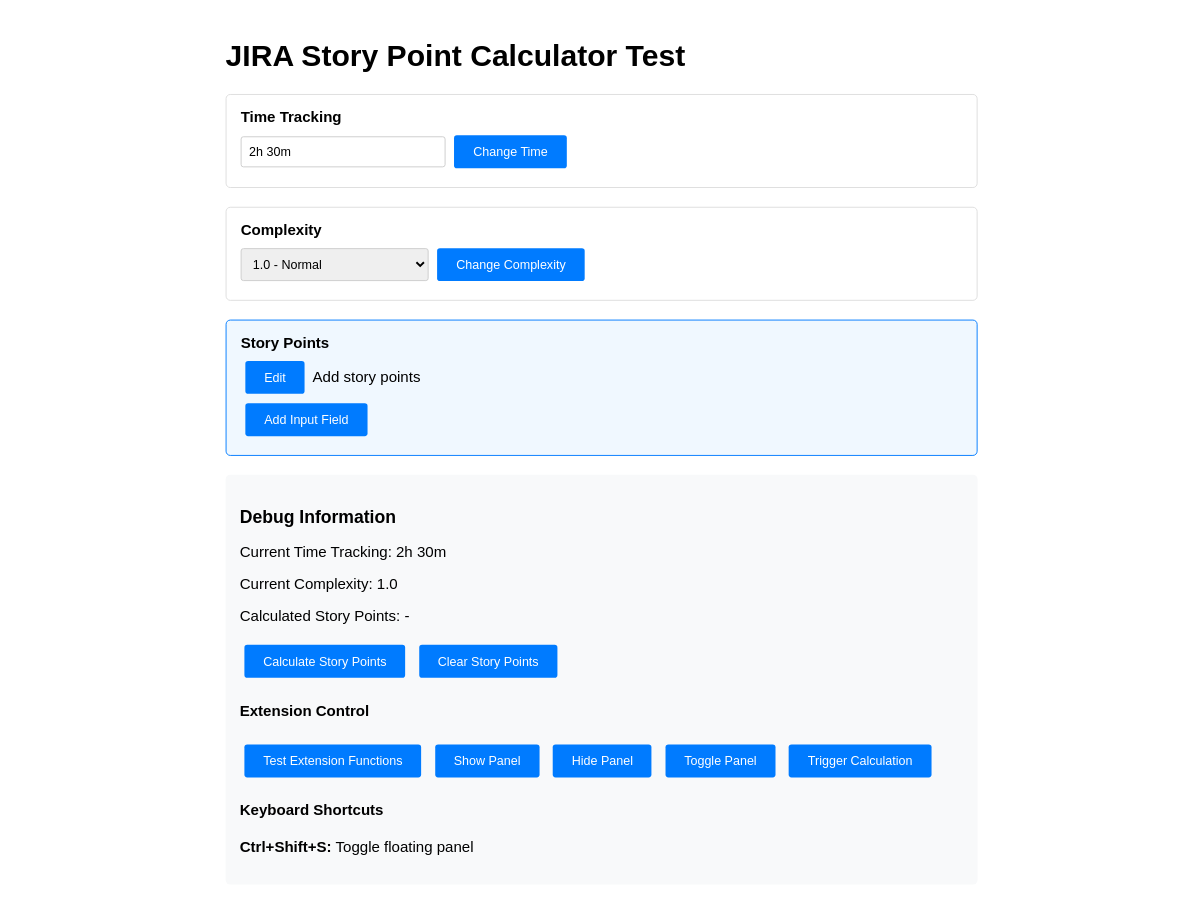
Repository: nirazanbasnet/jira-story-point-calculator
Page: test.html
These files come from the project's save history. The page is drawn as it stood at one moment and after the next save; the edit follows.
The browser window is 1280 px wide. The pictures show the whole page, at 94% of full size.

Above is the page before, as saved 2025-09-01 19:14:07.

### test.html
<!DOCTYPE html>
<html lang="en">

<head>
    <meta charset="UTF-8">
    <meta name="viewport" content="width=device-width, initial-scale=1.0">
    <title>JIRA Story Point Calculator Test</title>
    <style>
        body {
            font-family: Arial, sans-serif;
            max-width: 800px;
            margin: 0 auto;
            padding: 20px;
        }

        .field-group {
            margin: 20px 0;
            padding: 15px;
            border: 1px solid #ddd;
            border-radius: 5px;
        }

        .field-label {
            font-weight: bold;
            margin-bottom: 5px;
        }

        input,
        select {
            padding: 8px;
            border: 1px solid #ccc;
            border-radius: 3px;
            width: 200px;
        }

        .story-point-field {
            background-color: #f0f8ff;
            border-color: #007bff;
        }

        .debug-info {
            background-color: #f8f9fa;
            padding: 15px;
            border-radius: 5px;
            margin-top: 20px;
        }

        button {
            background-color: #007bff;
            color: white;
            padding: 10px 20px;
            border: none;
            border-radius: 3px;
            cursor: pointer;
            margin: 5px;
        }

        button:hover {
            background-color: #0056b3;
        }
    </style>
</head>

<body>
    <h1>JIRA Story Point Calculator Test</h1>

    <div class="field-group">
        <div class="field-label">Time Tracking</div>
        <input type="text" id="time-tracking" name="time-tracking" placeholder="e.g., 2h 30m" value="2h 30m">
        <button onclick="changeTimeTracking()">Change Time</button>
    </div>

    <div class="field-group">
        <div class="field-label">Complexity</div>
        <select id="complexity" name="complexity">
            <option value="0.1">0.1 - Very Simple</option>
            <option value="0.2">0.2 - Simple</option>
            <option value="0.3">0.3 - Basic</option>
            <option value="0.6">0.6 - Standard</option>
            <option value="1" selected>1.0 - Normal</option>
            <option value="1.5">1.5 - Complex</option>
            <option value="2">2.0 - Very Complex</option>
        </select>
        <button onclick="changeComplexity()">Change Complexity</button>
    </div>

    <div class="field-group story-point-field">
        <div class="field-label">Story Points</div>
        <div data-testid="issue-field-number.ui.issue-field-story-point-estimate--container">
            <div data-testid="issue-field-inline-edit-read-view-container.ui.container" role="presentation">
                <button aria-label="Edit Story Points" type="button">Edit</button>
                <span data-testid="issue-field-story-point-estimate-readview-full.ui.story-point-estimate">
                    <span>Add story points</span>
                </span>
            </div>
        </div>
        <button onclick="addInputField()">Add Input Field</button>
    </div>

    <div class="debug-info">
        <h3>Debug Information</h3>
        <p>Current Time Tracking: <span id="current-time">2h 30m</span></p>
        <p>Current Complexity: <span id="current-complexity">1.0</span></p>
        <p>Calculated Story Points: <span id="calculated-points">-</span></p>
        <button onclick="calculateStoryPoints()">Calculate Story Points</button>
        <button onclick="clearStoryPoints()">Clear Story Points</button>

        <h4>Extension Control</h4>
        <button onclick="testExtensionFunctions()">Test Extension Functions</button>
        <button onclick="showPanel()">Show Panel</button>
        <button onclick="hidePanel()">Hide Panel</button>
        <button onclick="togglePanel()">Toggle Panel</button>
        <button onclick="triggerCalculation()">Trigger Calculation</button>

        <h4>Keyboard Shortcuts</h4>
        <p><strong>Ctrl+Shift+S:</strong> Toggle floating panel</p>
    </div>

    <script>
        function changeTimeTracking() {
            const timeInput = document.getElementById('time-tracking');
            const times = ['1h', '45m', '2h 15m', '3h 30m', '1.5h'];
            const randomTime = times[Math.floor(Math.random() * times.length)];
            timeInput.value = randomTime;
            timeInput.dispatchEvent(new Event('input', { bubbles: true }));
            timeInput.dispatchEvent(new Event('change', { bubbles: true }));
            document.getElementById('current-time').textContent = randomTime;
        }

        function changeComplexity() {
            const complexitySelect = document.getElementById('complexity');
            const complexities = [0.1, 0.2, 0.3, 0.6, 1, 1.5, 2];
            const randomComplexity = complexities[Math.floor(Math.random() * complexities.length)];
            complexitySelect.value = randomComplexity;
            complexitySelect.dispatchEvent(new Event('change', { bubbles: true }));
            document.getElementById('current-complexity').textContent = randomComplexity;
        }

        function addInputField() {
            const container = document.querySelector('[data-testid="issue-field-number.ui.issue-field-story-point-estimate--container"]');
            const existingInput = container.querySelector('input');

            if (!existingInput) {
                const input = document.createElement('input');
                input.type = 'number';
                input.step = '0.1';
                input.placeholder = 'Story points';
                input.style.width = '100px';
                input.style.marginLeft = '10px';
                container.appendChild(input);
            }
        }

        function calculateStoryPoints() {
            const timeTracking = document.getElementById('time-tracking').value;
            const complexity = parseFloat(document.getElementById('complexity').value);

            // Simple time parsing for demo
            let hours = 0;
            if (timeTracking.includes('h')) {
                if (timeTracking.includes('m')) {
                    const parts = timeTracking.split(' ');
                    hours = parseFloat(parts[0]) + (parseFloat(parts[1]) / 60);
                } else {
                    hours = parseFloat(timeTracking);
                }
            } else if (timeTracking.includes('m')) {
                hours = parseFloat(timeTracking) / 60;
            } else {
                hours = parseFloat(timeTracking);
            }

            const storyPoints = Math.round((hours * complexity) * 100) / 100;
            document.getElementById('calculated-points').textContent = storyPoints;

            // Update the story point field if it exists
            const input = document.querySelector('[data-testid="issue-field-number.ui.issue-field-story-point-estimate--container"] input');
            if (input) {
                input.value = storyPoints;
                input.dispatchEvent(new Event('input', { bubbles: true }));
                input.dispatchEvent(new Event('change', { bubbles: true }));
            }
        }

        function clearStoryPoints() {
            document.getElementById('calculated-points').textContent = '-';
            const input = document.querySelector('[data-testid="issue-field-number.ui.issue-field-story-point-estimate--container"] input');
            if (input) {
                input.value = '';
                input.dispatchEvent(new Event('input', { bubbles: true }));
                input.dispatchEvent(new Event('change', { bubbles: true }));
            }
        }

        // Simulate JIRA field changes
        setInterval(() => {
            if (Math.random() > 0.7) {
                changeTimeTracking();
            }
        }, 5000);

        setInterval(() => {
            if (Math.random() > 0.8) {
                changeComplexity();
            }
        }, 7000);

        // Extension testing functions
        function testExtensionFunctions() {
            console.log('Testing extension functions...');

            if (window.jiraStoryPointCalculator) {
                console.log('✅ Extension loaded successfully');
                console.log('Extension object:', window.jiraStoryPointCalculator);
            } else {
                console.log('❌ Extension not loaded');
            }

            if (window.triggerStoryPointCalculation) {
                console.log('✅ triggerStoryPointCalculation function available');
            } else {
                console.log('❌ triggerStoryPointCalculation function not available');
            }

            if (window.toggleStoryPointPanel) {
                console.log('✅ toggleStoryPointPanel function available');
            } else {
                console.log('❌ toggleStoryPointPanel function not available');
            }
        }

        function showPanel() {
            if (window.showStoryPointPanel) {
                const result = window.showStoryPointPanel();
                console.log('Show panel result:', result);
            } else {
                console.log('❌ showStoryPointPanel function not available');
            }
        }

        function hidePanel() {
            if (window.hideStoryPointPanel) {
                const result = window.hideStoryPointPanel();
                console.log('Hide panel result:', result);
            } else {
                console.log('❌ hideStoryPointPanel function not available');
            }
        }

        function togglePanel() {
            if (window.toggleStoryPointPanel) {
                const result = window.toggleStoryPointPanel();
                console.log('Toggle panel result:', result);
            } else {
                console.log('❌ toggleStoryPointPanel function not available');
            }
        }

        function triggerCalculation() {
            if (window.triggerStoryPointCalculation) {
                const result = window.triggerStoryPointCalculation();
                console.log('Trigger calculation result:', result);
            } else {
                console.log('❌ triggerStoryPointCalculation function not available');
            }
        }
    </script>
</body>

</html>

After the next save:
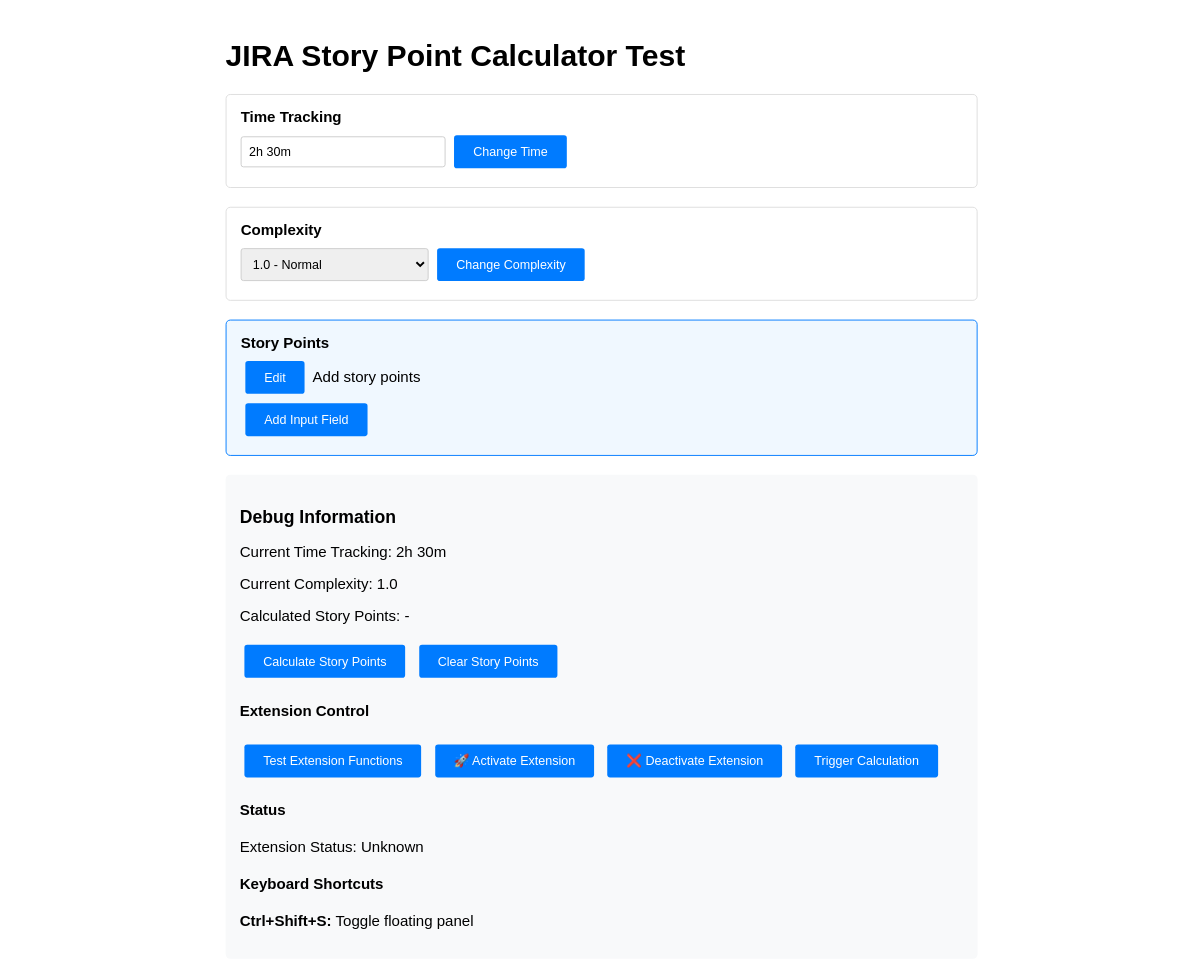
Saved 16 s later.
--- a/test.html
+++ b/test.html
@@ -107,10 +107,12 @@
 
         <h4>Extension Control</h4>
         <button onclick="testExtensionFunctions()">Test Extension Functions</button>
-        <button onclick="showPanel()">Show Panel</button>
-        <button onclick="hidePanel()">Hide Panel</button>
-        <button onclick="togglePanel()">Toggle Panel</button>
+        <button onclick="activateExtension()">🚀 Activate Extension</button>
+        <button onclick="deactivateExtension()">❌ Deactivate Extension</button>
         <button onclick="triggerCalculation()">Trigger Calculation</button>
+
+        <h4>Status</h4>
+        <p id="extension-status">Extension Status: Unknown</p>
 
         <h4>Keyboard Shortcuts</h4>
         <p><strong>Ctrl+Shift+S:</strong> Toggle floating panel</p>
@@ -229,30 +231,23 @@
             }
         }
 
-        function showPanel() {
-            if (window.showStoryPointPanel) {
-                const result = window.showStoryPointPanel();
-                console.log('Show panel result:', result);
-            } else {
-                console.log('❌ showStoryPointPanel function not available');
-            }
-        }
-
-        function hidePanel() {
-            if (window.hideStoryPointPanel) {
-                const result = window.hideStoryPointPanel();
-                console.log('Hide panel result:', result);
-            } else {
-                console.log('❌ hideStoryPointPanel function not available');
-            }
-        }
-
-        function togglePanel() {
-            if (window.toggleStoryPointPanel) {
-                const result = window.toggleStoryPointPanel();
-                console.log('Toggle panel result:', result);
-            } else {
-                console.log('❌ toggleStoryPointPanel function not available');
+        function activateExtension() {
+            if (window.activateJiraStoryPointCalculator) {
+                const result = window.activateJiraStoryPointCalculator();
+                document.getElementById('extension-status').textContent = `Extension Status: Activated (Result: ${result})`;
+                console.log('Activate extension result:', result);
+            } else {
+                console.log('❌ activateJiraStoryPointCalculator function not available');
+            }
+        }
+
+        function deactivateExtension() {
+            if (window.deactivateJiraStoryPointCalculator) {
+                const result = window.deactivateJiraStoryPointCalculator();
+                document.getElementById('extension-status').textContent = `Extension Status: Deactivated (Result: ${result})`;
+                console.log('Deactivate extension result:', result);
+            } else {
+                console.log('❌ deactivateJiraStoryPointCalculator function not available');
             }
         }
 
